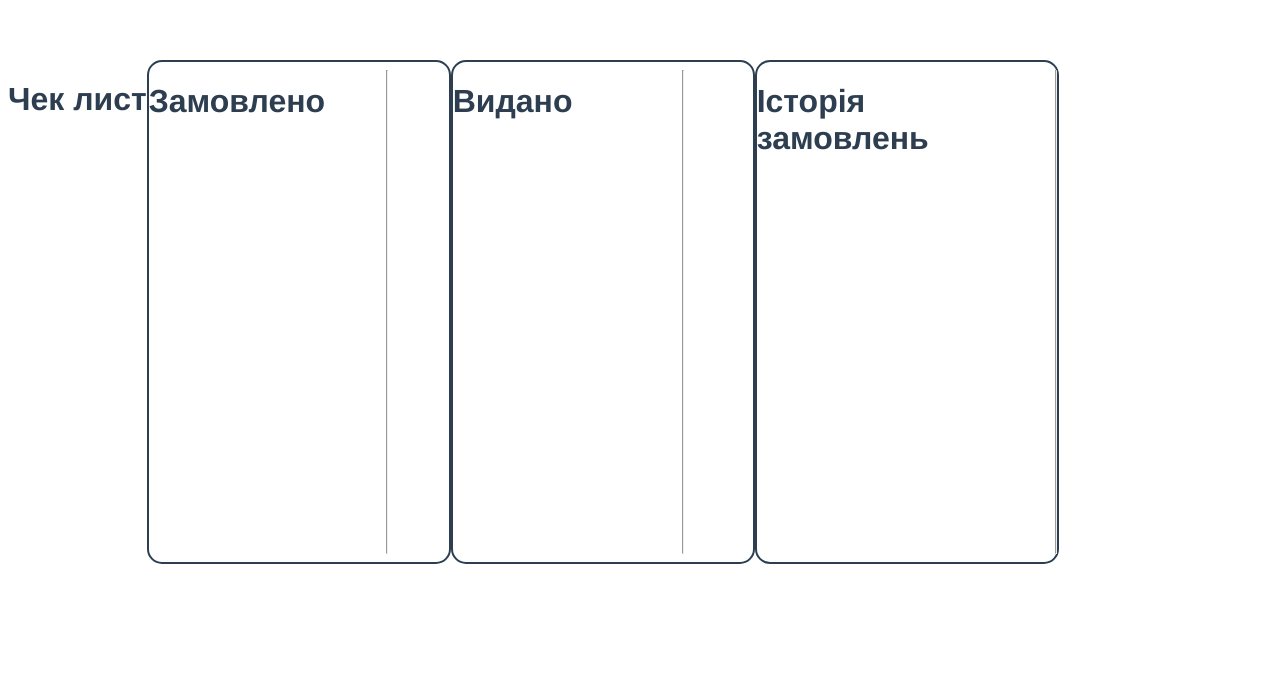
Repository: Salexandraa/HOME_Subotina
Page: / (app in order-list/)
The author's editor kept a copy of each file at every save. The page is drawn from the files as they stood at one save, then again after the next save.
The browser window is 1280 px wide. The pictures show the whole page.
The project was rebuilt for these pictures with package versions that can differ from the ones it lists, and the page was loaded fresh each time.

Above is the page before, as saved 2020-10-09 17:02:53.

### order-list/src/App.vue
<template>
  <div id="app">
  <!-- <reserved :listDishes= "dishesList"
  title='Замовлено'
  />
  <order-issued title="Видано"/>
  <history title="Історія замовлень"/> -->
  <check-list title="Чек лист"/>
  </div>
</template>

<script>
//import Reserved from "./components/CheckList/Reserved";
import dishesList from "../settings"
//import OrderIssued from "./components/CheckList/OrderIssued"
//import History from "./components/CheckList/History"
import CheckList from "./components/CheckList"
export default {
  name: "App",
  components: {
    //Reserved,
   //OrderIssued,
    //History,
    CheckList
  },
  data() {
    return {
      dishesList
      // dishesList: [
      //   {
      //     id: 1,
      //     name: "Pizza",
      //   },
      //    {
      //     id: 2,
      //     name: "Pasta",
      //   },
      //    {
      //     id:3,
      //     name: "Rizzoto",
      //   },
      //    {
      //     id: 4,
      //     name: "Minestrone soup",
      //   },
      //    {
      //     id:5,
      //     name: "Onion soup",
      //   },
      // ],
    };
  },
};
</script>

<style>
#app {
  font-family: Avenir, Helvetica, Arial, sans-serif;
  -webkit-font-smoothing: antialiased;
  -moz-osx-font-smoothing: grayscale;
  /* text-align: center; */
  color: #2c3e50;
  margin-top: 60px;
}
</style>

### order-list/settings.js
export default [
    {
      id: 1,
      name: "Pizza",
    },
     {
      id: 2,
      name: "Pasta",
    },
     {
      id:3,
      name: "Rizotto",
    },
     {
      id: 4,
      name: "Minestrone soup",
    },
     {
      id:5,
      name: "Onion soup",
    },
  ]

### order-list/src/components/CheckList/index.vue
<template>
    <div class="container">
<div>
    <h1>{{title}}</h1>
</div>
<div>
  <reserved :listDishes= "dishesList"
  title='Замовлено'/>
  <order-issued title="Видано"/>
  <history title="Історія замовлень"/>
</div>
    </div>
</template>

<script>
import Reserved from "./Reserved"
import OrderIssued from "./OrderIssued"
import History from "./History"
    export default {
        name:"CheckList",
        components:{
            Reserved,
            OrderIssued,
            History
        },
        props: {
            // dishesList: {
            //     type: Array,
            //     default: ()=>[]
            // },
            title:{
                type:String,
                default: ''
            }
        },

    }
</script>

<style lang="css" scoped>
.container{
    display: inline-flex;
    align-content: center;
    justify-content: center;


}
</style>

### order-list/src/components/CheckList/Reserved/index.vue
<template>
    <div class="container">
<div>
    <h1>{{title}}</h1>
</div>
 <div><ol >
        <li v-for="item in listDishes" :key="item.name" value="item.name"  >
          {{item.name}}  <input type="checkbox"  v-model="item.names"  >
        </li>
    </ol>
</div>
<hr>
<div>
      <ol>
        <li v-for="item in listDishes" :key="item.id" >
           {{item.names}} <input type="checkbox" >
        </li>

    </ol>

</div>
    </div>
</template>

<script>
    export default {
        name: "Reserved",
        props: {
             listDishes: {
                type: Array,
                default: ()=>[]
            },
            title: {
                type: String,
                default: '',

            },
        }
    }
</script>

<style lang="css" scoped>
.container{
    width: 300px;
    height: 500px;
    border: 2px solid;
    border-radius: 15px;
}
</style>

### order-list/src/components/CheckList/OrderIssued/index.vue
<template>
  <div class="container">
    <div>
      <h1>{{ title }}</h1>
    </div>
    <div>
      <ol>
        <li v-for="item in dishesList" :key="item.name">
          {{ item.name }} <input type="checkbox" v-model="item.names" />
        </li>
      </ol>
    </div>
    <hr>
  </div>
</template>

<script>
export default {
  name: "OrderIssued",
  props: {
    title: {
      type: String,
      default: "",
    },
  },
};
</script>

<style lang="css" scoped>
.container {
  width: 300px;
  height: 500px;
  border: 2px solid;
  border-radius: 15px;
}
</style>

### order-list/src/components/CheckList/History/index.vue
<template>
    <div class="container">
   <div>
      <h1>{{ title }}</h1>
    </div>
    <div>
      <ol>
        <li v-for="item in dishesList" :key="item.name">
          {{ item.name }} <input type="checkbox" v-model="item.names" />
        </li>
      </ol>
    </div>
    <hr>
    </div>
</template>

<script>
    export default {
        name: "History",
        props: {
            title: {
                type: String,
                default: ""
            },
        },
    }
</script>

<style lang="css" scoped>
.container {
  width: 300px;
  height: 500px;
  border: 2px solid;
  border-radius: 15px;
}

</style>

Loaded but not shown: order-list/public/index.html (common file); order-list/src/main.js (common file)

After the next save:
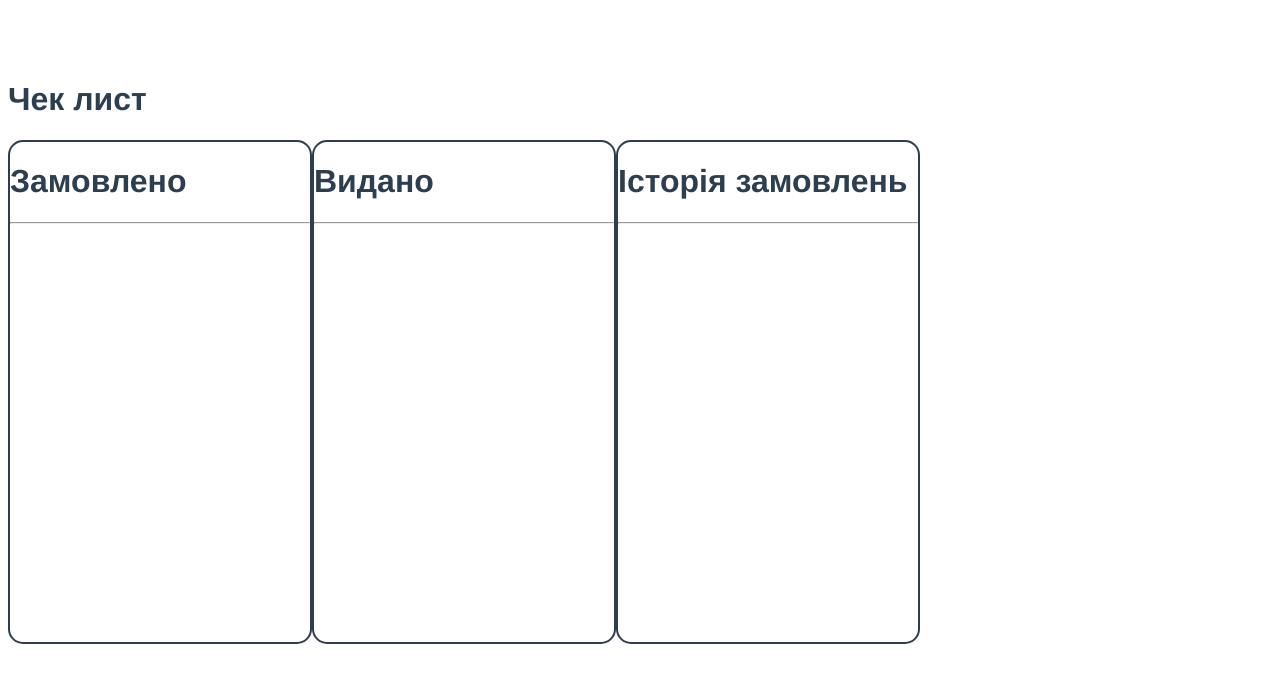
Saved 13 s later.
--- a/order-list/src/components/CheckList/index.vue
+++ b/order-list/src/components/CheckList/index.vue
@@ -39,8 +39,8 @@ import History from "./History"
 
 <style lang="css" scoped>
 .container{
-    display: inline-flex;
-    align-content: center;
+    display: inline-block;
+
     justify-content: center;
 
 
